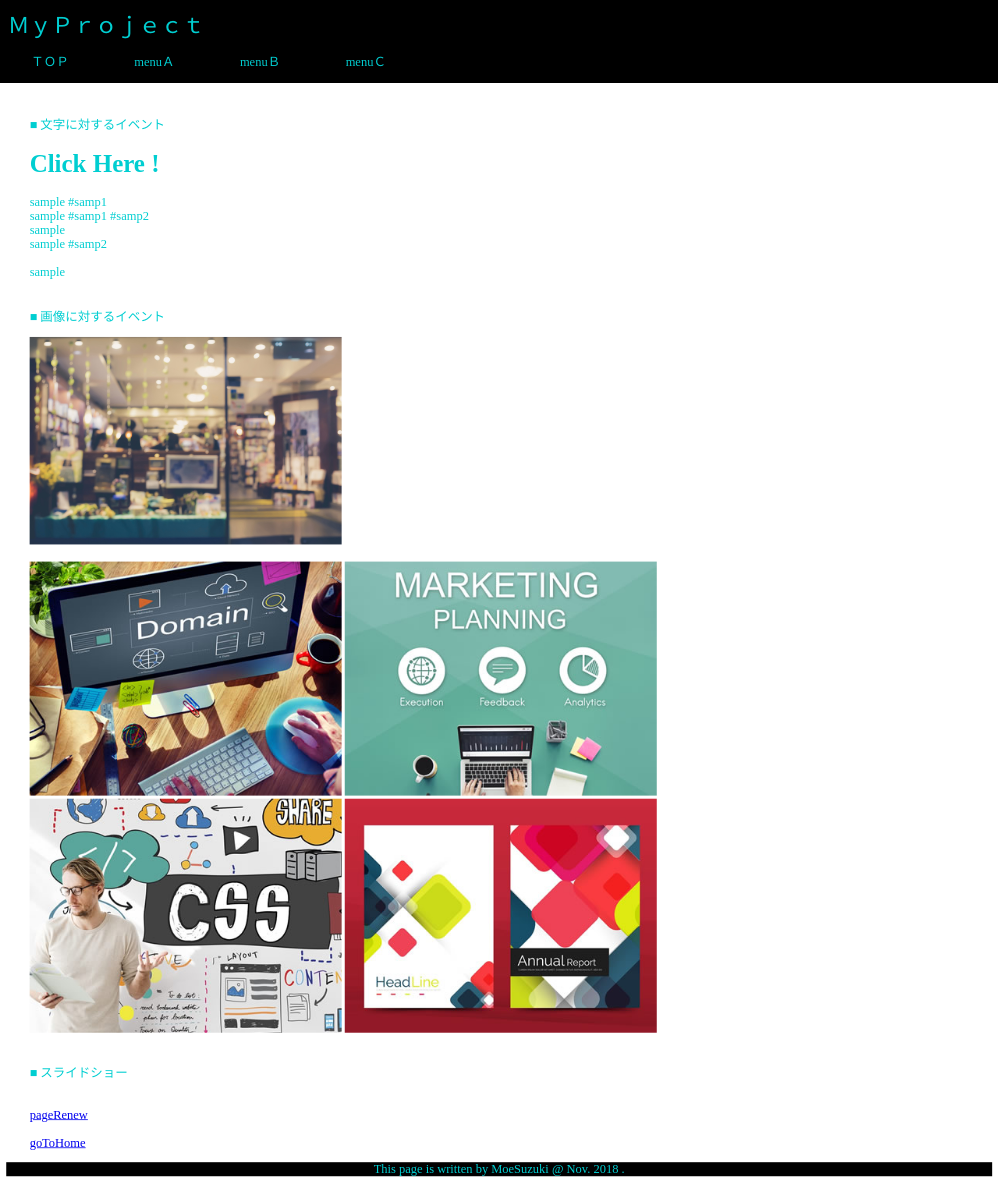
Repository: user10112018/test
Page: http://localhost/MyProject/jquery.jsp
An editor plug-in stored every save of this project. The page is shown before and after the next save, followed by the edit.
The browser window is 1280 px wide. The pictures show the whole page, at 78% of full size.
The page is served by Tomcat 9. Other server files are loaded and not shown.

Above is the page before, as saved 2018-11-20 08:20:54.

### MyProject/WebContent/jquery.jsp
<%@ page language="java" contentType="text/html; charset=UTF-8"
    pageEncoding="UTF-8"%>
<%@ taglib prefix="s" uri="/struts-tags" %>
<!DOCTYPE html>
<html>
<head>
<meta charset="UTF-8">
<link rel="stylesheet" href="./css/style01.css">
<script src="https://ajax.googleapis.com/ajax/libs/jquery/3.3.1/jquery.min.js"></script>

<title>jQuery</title>

<stylet>
#main {
	text-align:center;
	}
</stylet>


</head>


<body>

<!-- スクリプトファイル指定 -->
<script type="text/javascript" src="./javascript/script.js"></script>

<!-- ============== ココカラ =============== -->

<!-- ==== header ===== -->
<header>

<div id="logo">ＭｙＰｒｏｊｅｃｔ</div>



<div id="menu">

<ul>
   <li>ＴＯＰ</li>
   <li>menuＡ</li>
   <li>menuＢ</li>
   <li>menuＣ</li>
</ul>

</div>

</header>

<!-- ==== main ===== -->

<div id="main">
<div id="main-container">

<p>■ 文字に対するイベント</p>

<h1>
Click Here !
<br>
</h1>

<div class="samp1">
sample   #samp1
<br>

<div class="samp2">
sample   #samp1 #samp2
<br>
</div>
</div>

sample
<br>


<div class="samp2">
sample  #samp2
</div>
<br>

sample
<br>

<br>
<p>■ 画像に対するイベント</p>

<div class="img">

<div class="click_img">
<img src="./img/bookstore.jpg" width="400px">
<!-- width=400px で下4枚と同じサイズ -->
</div>
<br>

<div class="4imgs">
<img src="./img/pic1.jpg">
<img src="./img/pic4.jpg">
<img src="./img/pic6.jpg">
<img src="./img/pic8.jpg">
</div>

<br>
<p>■ スライドショー</p>

</div>

<br>
<a href='jquery.jsp'>pageRenew</a><br>
<br>
<a href='index.jsp'>goToHome</a>
</div>



<!-- ======================= ココマデ ===================================== -->
</div>

<!-- ==== footer ===== -->
<footer>
<p>This page is written by MoeSuzuki   @ Nov. 2018 .</p>
</footer>

</body>
</html>

### MyProject/WebContent/css/style01.css
@CHARSET "UTF-8";

body {
/* 	color: red; */
/*     color: #008b8b; */
/*     width: 1080px; */
    color: #00ced1;
	font-family: 'メイリオ';
}


header{
/* 	position: absolute; だとスクロールで見えなくなる */
/* 	position: absolute; */
/* 	position: fixed; だとスクロールしても動かない */
	position: fixed;
	left: 0px;
	top: 0px;
	background-color: black;
	width: 100%;
/* 	white-space: nowrap; */
}


#logo{
	font-size: 28px;
/* 	color: red; */
/* 	font-family:  */
    padding-top: 10px;
    padding-left: 10px;
    white-space: nowrap;


}

#menu{
/* 	width: 100%; */
	heiht: 70px;
	background-color: black;
/* 	white-space: nowrap; */
/*     overflow-x: scroll;  これを入れるとナビゲーション用の横スクロールバーが出現する*/
}

#menu ul{
/* 	padding-right: 20px; */
/* white-space: nowrap; */
white-space: nowrap;

}

#menu ul li{
/* 	float: left; */
    display: inline-block;
	list-style: none;
/* 	color: red; */
	font-size: 16px;
	padding-right: 80px;
/* 	text-align: left; */
    height: 24px;
/*     white-space: nowrap; */
}

main{
	clear: both;
	white-space: nowrap;
/* 	これをここに入れるとテーブルの項目が改行されなくなる */
}

#main-container{
	width: 90%;
	margin-top: 120px;
	margin-left: 30px;
/* 	left: 30px; */
}

footer{
	clear: both;
/* 	position: absolute; */
	bottom: 0px;
	left: 0px;
	background-color: black;
	width: 100%;
/* 	height: 24px; */
/* 	margin-top: 10px; */
/* 	margin-bottom: 0px; */
/* 	margin-left: 0px; */

/* 	margin: 0 auto; */
	text-align: center;

}

### MyProject/WebContent/javascript/script.js
/**
 *
 */
jQuery (function(){

// ここにjQueryを書いていく

	$("h1").click(function(){
		$(".samp2").fadeIn("slow");
		$(".samp1 .samp2").fadeOut("slow");
		$("h1").css("color", "#dc143c")
	})

//	$("img").hover(
//	こうすると5枚全部が動く

	$(".click_img img").hover(
//	先頭の1枚
			function(){
				$(this).animate({width:"500px"});
			},
			function(){
				$(this).animate({width:"400px"});
			});

	$(".4imgs img").hover(
//	残りの4枚
			function(){
				$(this).animate({width:"300px"});
			},
			function(){
				$(this).animate({width:"400px"});
			});






});

After the next save:
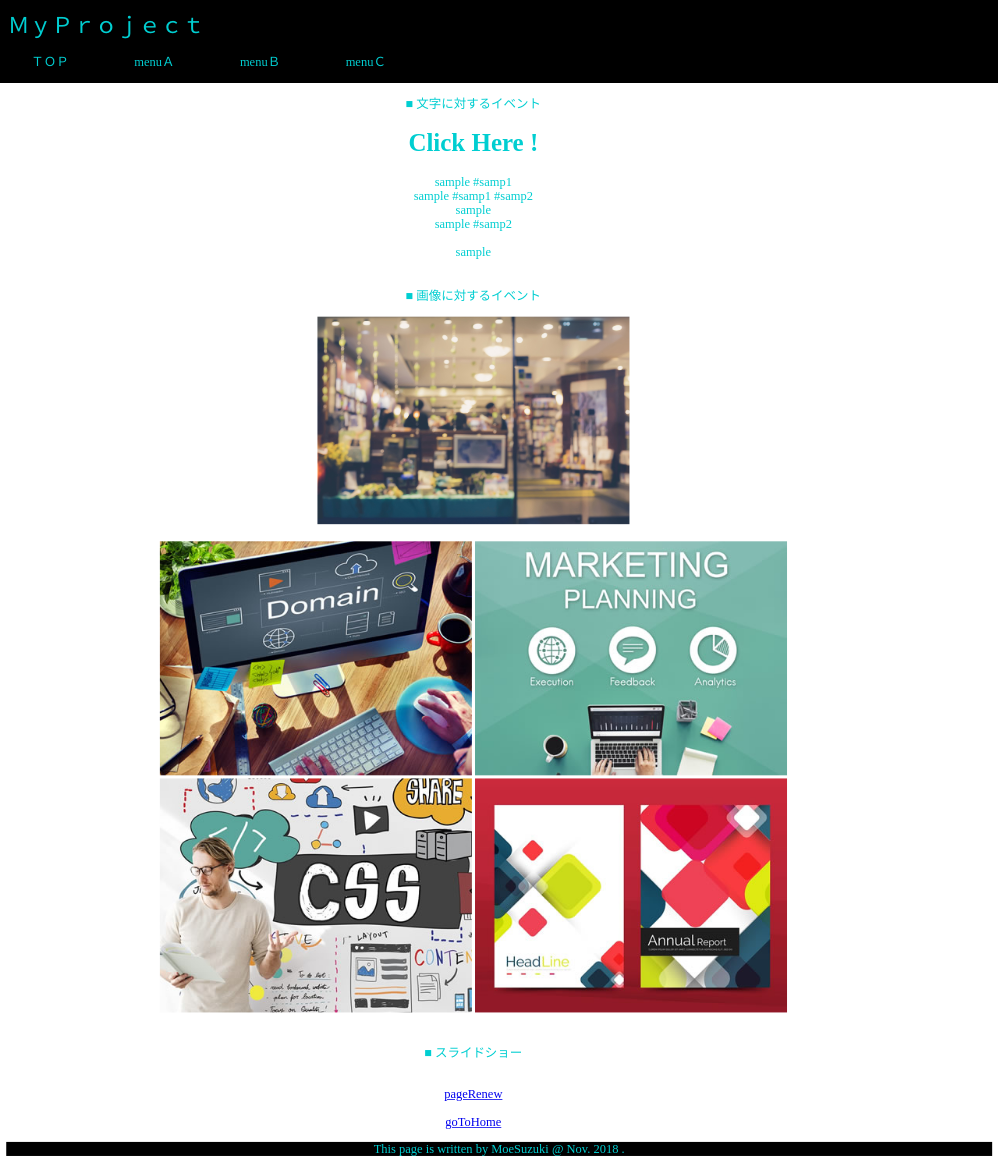
Saved 88 s later.
--- a/MyProject/WebContent/jquery.jsp
+++ b/MyProject/WebContent/jquery.jsp
@@ -10,11 +10,11 @@
 
 <title>jQuery</title>
 
-<stylet>
+<style>
 #main {
 	text-align:center;
 	}
-</stylet>
+</style>
 
 
 </head>
